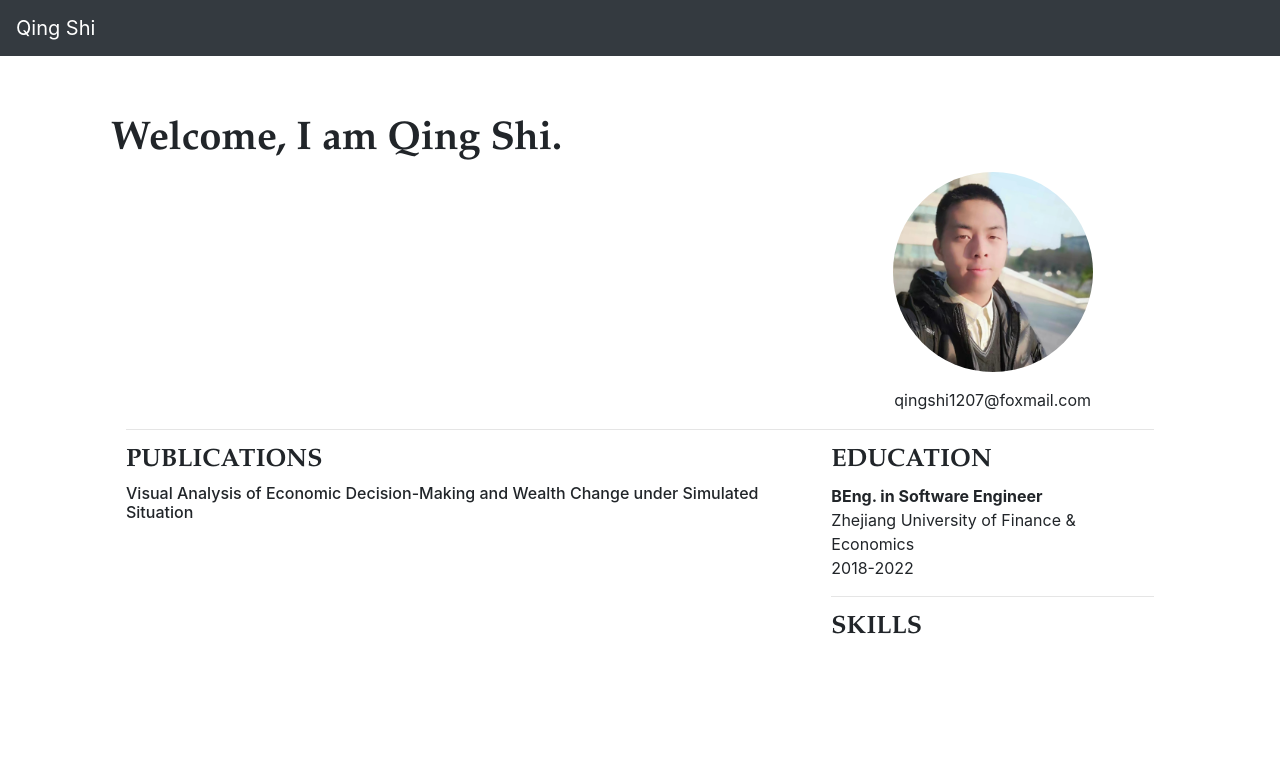
Repository: sqsssq/webpage
Page: index.html
These files come from the project's save history. The page is drawn as it stood at one moment and after the next save; the edit follows.
The browser window is 1280 px wide. The pictures show the whole page.
Some web libraries are served in a nearby version.

Above is the page before, as saved 2022-03-28 01:20:11.

After the next save:
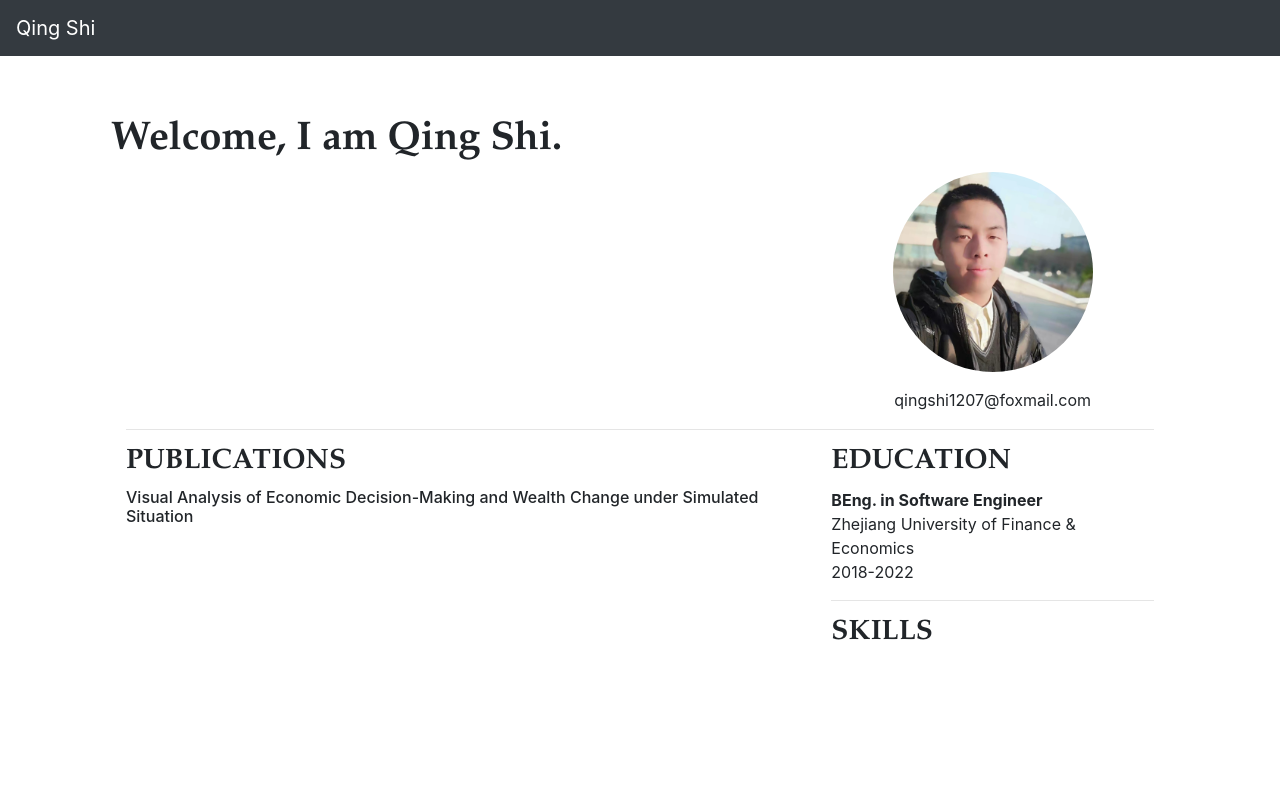
Saved 17 s later.
--- a/css/index.css
+++ b/css/index.css
@@ -39,7 +39,7 @@
     /* Garamond */
     font-family: Garamond;
     font-weight: bold;
-    font-size: 25px;
+    /* font-size: 25px; */
 }
 
 

After the save that followed:
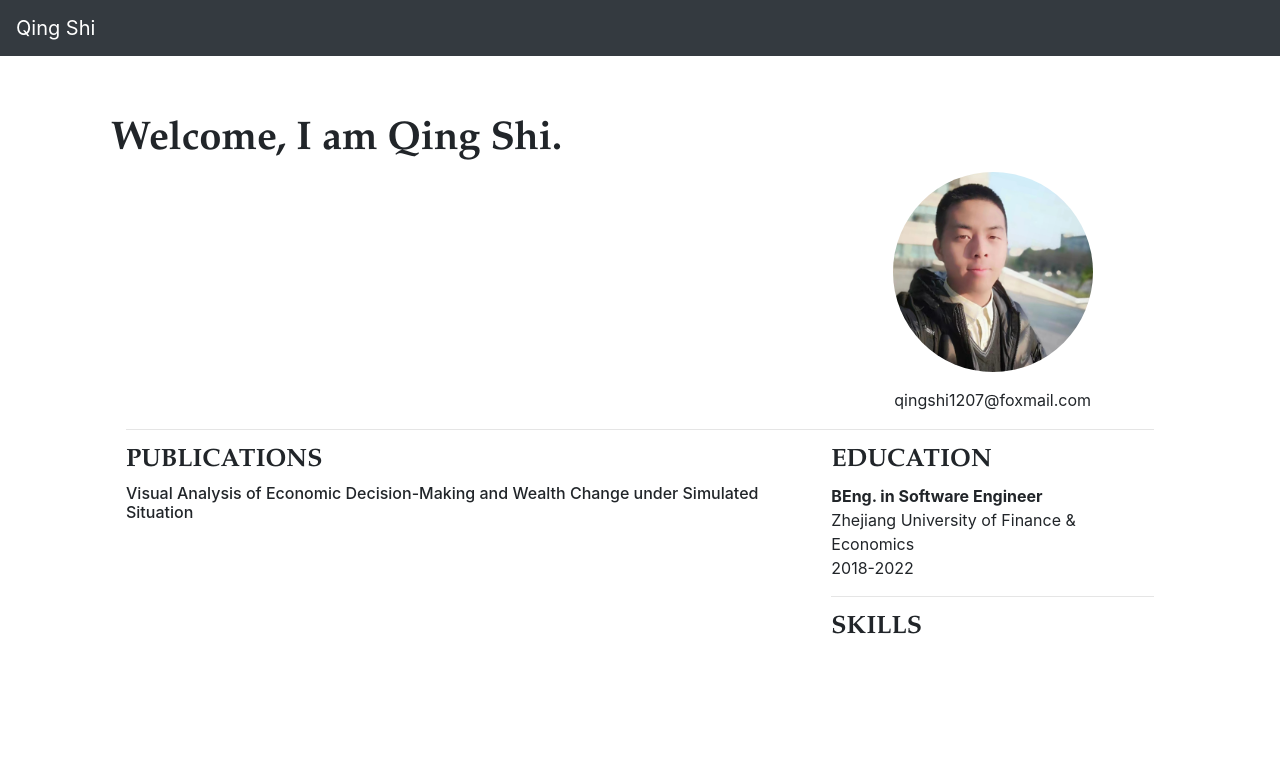
Saved 17 s later.
--- a/css/index.css
+++ b/css/index.css
@@ -39,7 +39,7 @@
     /* Garamond */
     font-family: Garamond;
     font-weight: bold;
-    /* font-size: 25px; */
+    font-size: 25px;
 }
 
 
